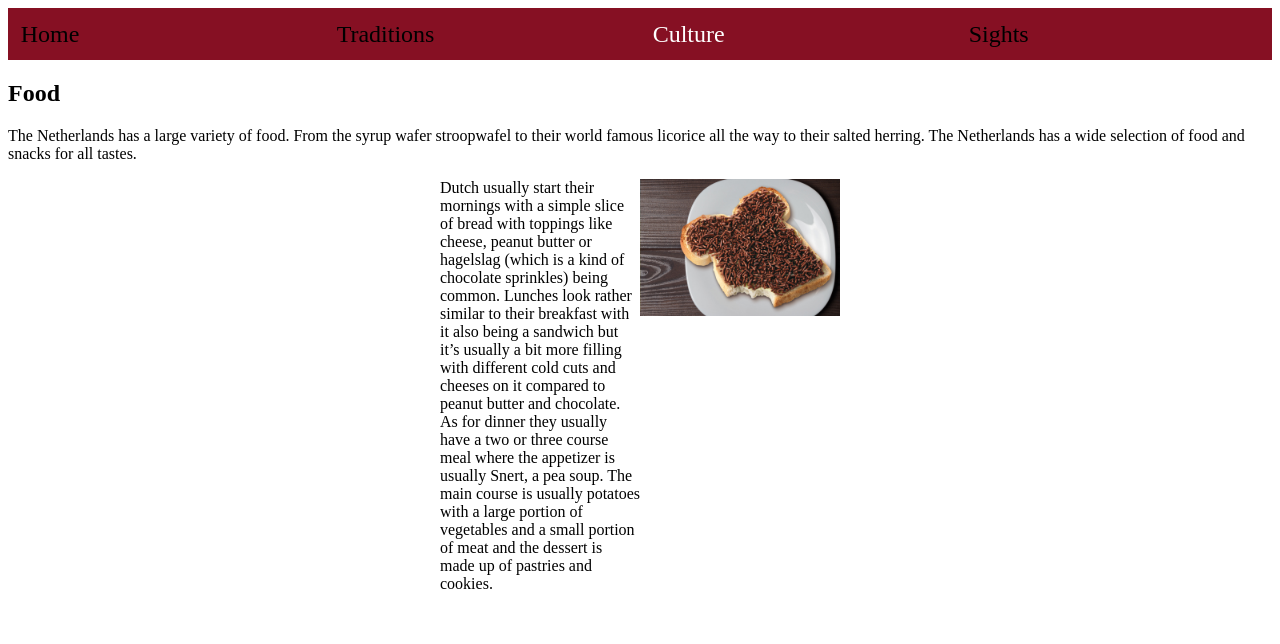
Repository: Cornman63/The-netherlands
Page: culture2.html
These files come from the project's save history. The page is drawn as it stood at one moment and after the next save; the edit follows.
The browser window is 1280 px wide. The pictures show the whole page.

Above is the page before, as saved 2023-05-26 12:31:37.

### culture2.html
<!DOCTYPE html>
<html lang="en">
<head>
    <meta charset="UTF-8">
    <meta http-equiv="X-UA-Compatible" content="IE=edge">
    <meta name="viewport" content="width=device-width, initial-scale=1.0">
    <title>Culture</title>
    <link rel="stylesheet" href="./style2.css">
</head>
<body>
    <div class="top">
        <div class="topbar"><a href="index.html" class="link">Home</a></div>
        <div class="topbar"><a href="traditions.html" class="link">Traditions</a></div>
        <div class="topbar"><a href="culture2.html" style="color: white" class="link">Culture</a></div>
        <div class="topbar"><a href="sights.html" class="link">Sights</a></div>
    </div>
    <div class="foodstart">
        <h2>
            Food
        </h2>
        <p>
            The Netherlands has a large variety of food. From the syrup wafer stroopwafel to their world famous licorice all the way to their salted herring. The Netherlands has a wide selection of food and snacks for all tastes.
        </p>
    </div>
    <div class="foodmain">
        <div class="food1">
            Dutch usually start their mornings with a simple slice of bread with toppings like cheese, peanut butter or hagelslag (which is a kind of chocolate sprinkles) being common. Lunches look rather similar to their breakfast with it also being a sandwich but it’s usually a bit more filling with different cold cuts and cheeses on it compared to peanut butter and chocolate. As for dinner they usually have a two or three course meal where the appetizer is usually Snert, a pea soup. The main course is usually potatoes with a large portion of vegetables and a small portion of meat and the dessert is made up of pastries and cookies. <img src="images\hagelslag.jpg" alt="hagelslag" id="hagel">
        </div>
        <div class="sport1">

        </div>
        <div class="soceq1">

        </div>
    </div>
    <div class="bottom">

    </div>
</body>
</html>

### style2.css
.top, .bottom {
    display: flex;
    flex-direction: row;
    justify-content: center;
    align-content:center;
    background-color:#861023;
    margin: auto;
    font-size: 150%;
}
.bottom{
    background-color: #053484;
}
.topbar {
    display: flex;
    border: 1%;
    margin: 1%;
    margin-right: 10%;
    align-content: center;
    width: 90%;
}

.link{
    text-decoration: none;
}
.link:link {
    color:black;
}
.link:visited {
    color:black;
}
.link:hover {
    color:white;
}
.foodmain {
    display: flex;
    flex-direction: row;
}
.food1 {
    max-width: 400px;
    margin: auto;
    display: flex;
    flex-direction: row;
}
#wafel, #hagel, #herring, #lico {
    width: 50%;
    height: 50%;
    display: flex;
    flex-direction: row;
}

After the next save:
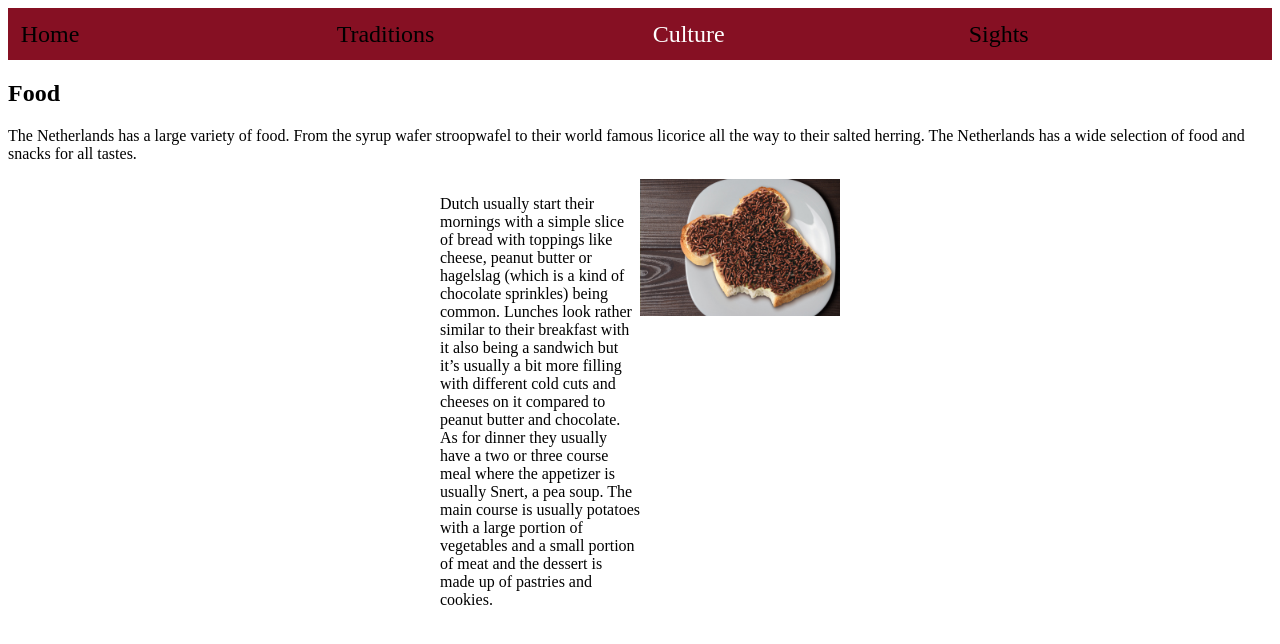
Saved 81 s later.
--- a/culture2.html
+++ b/culture2.html
@@ -24,7 +24,8 @@
     </div>
     <div class="foodmain">
         <div class="food1">
-            Dutch usually start their mornings with a simple slice of bread with toppings like cheese, peanut butter or hagelslag (which is a kind of chocolate sprinkles) being common. Lunches look rather similar to their breakfast with it also being a sandwich but it’s usually a bit more filling with different cold cuts and cheeses on it compared to peanut butter and chocolate. As for dinner they usually have a two or three course meal where the appetizer is usually Snert, a pea soup. The main course is usually potatoes with a large portion of vegetables and a small portion of meat and the dessert is made up of pastries and cookies. <img src="images\hagelslag.jpg" alt="hagelslag" id="hagel">
+            <p>Dutch usually start their mornings with a simple slice of bread with toppings like cheese, peanut butter or hagelslag (which is a kind of chocolate sprinkles) being common. Lunches look rather similar to their breakfast with it also being a sandwich but it’s usually a bit more filling with different cold cuts and cheeses on it compared to peanut butter and chocolate. As for dinner they usually have a two or three course meal where the appetizer is usually Snert, a pea soup. The main course is usually potatoes with a large portion of vegetables and a small portion of meat and the dessert is made up of pastries and cookies. </p>
+            <img src="images\hagelslag.jpg" alt="hagelslag" id="hagel">
         </div>
         <div class="sport1">
 
